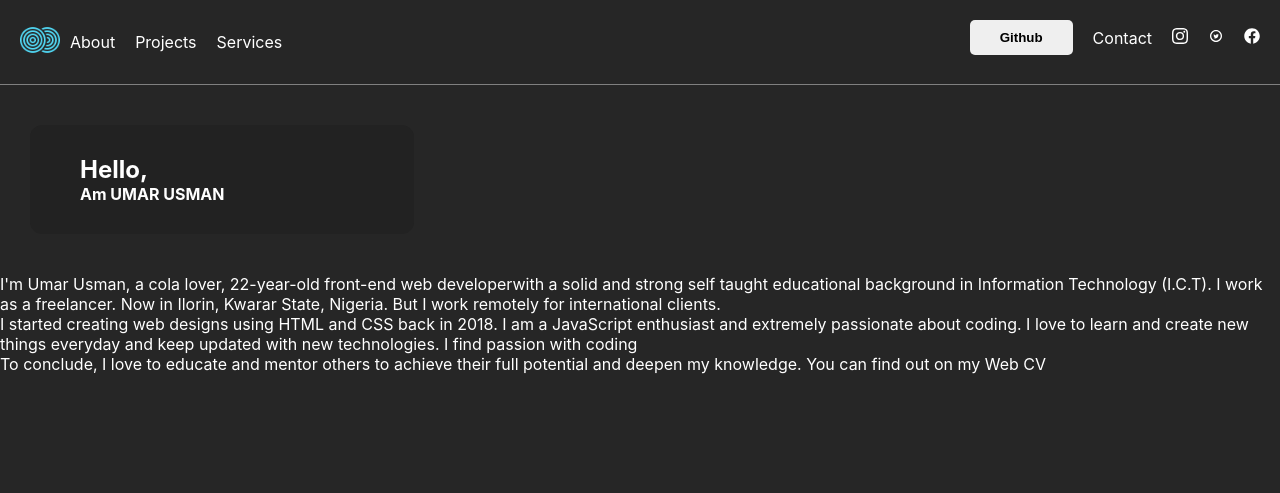
Repository: uh-sman/Portfolio
Page: /
These files come from the project's save history. The page is drawn as it stood at one moment and after the next save; the edit follows.
The browser window is 1280 px wide. The pictures show the whole page.
The project was rebuilt for these pictures with package versions that can differ from the ones it lists, and the page was loaded fresh each time. Also part of the build but not shown: src/components/repositories.css, src/components/repositories.js, src/components/RepositoriesCard.jsx, src/components/projects.css, src/components/Projects.jsx, src/components/Services.jsx.

Above is the page before, as saved 2022-11-19 00:04:12.

After the next save:
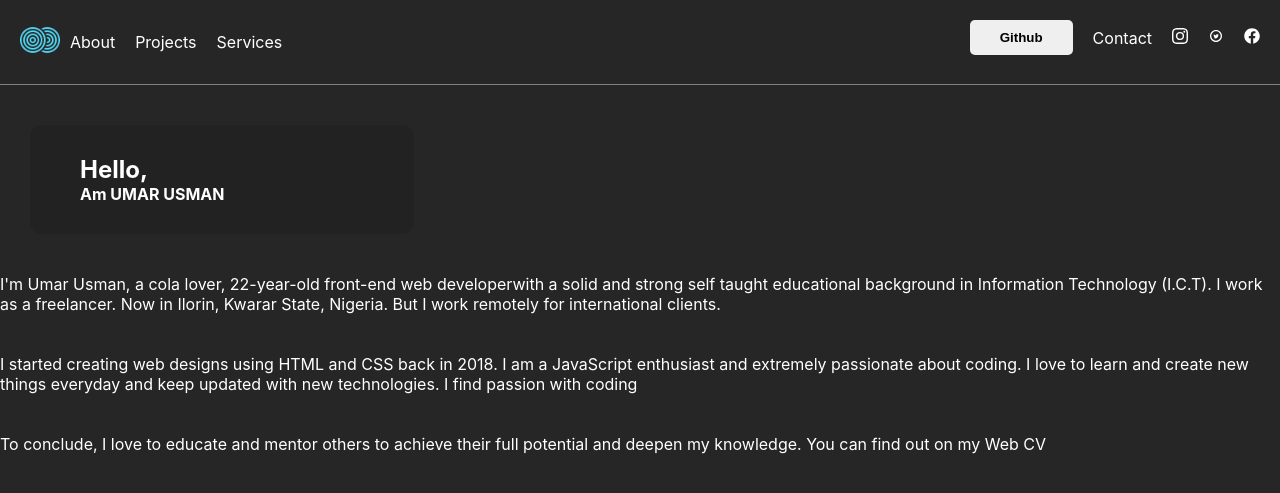
Saved 12 s later.
--- a/src/components/about.css
+++ b/src/components/about.css
@@ -14,6 +14,7 @@
 .about-myself {
   display: flex;
   flex-direction: column;
+  gap: 40px;
 }
 .text {
   display: flex;
